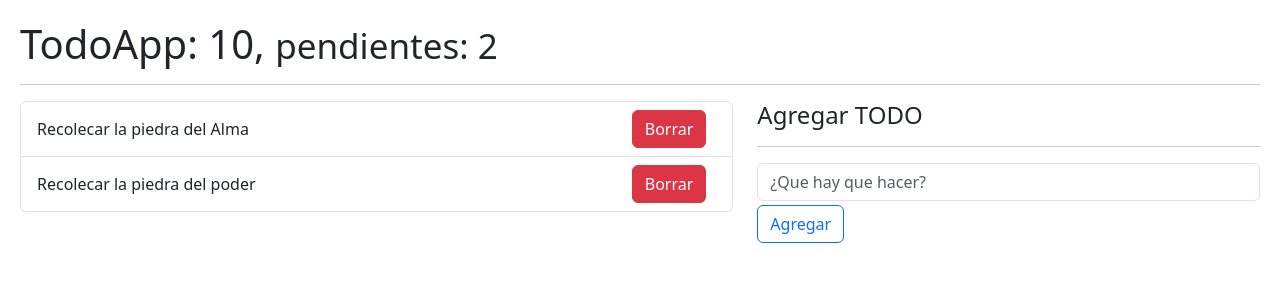
Repository: bryanesteban/hooks-App
Page: /
These files come from the project's save history. The page is drawn as it stood at one moment and after the next save; the edit follows.
The browser window is 1280 px wide. The pictures show the whole page.
The project was rebuilt for these pictures with package versions that can differ from the ones it lists, and the page was loaded fresh each time. Also part of the build but not shown: vite.config.js, src/HooksApp.jsx, src/01-useState/CounterApp.jsx, src/hooks/useCounter.jsx, src/01-useState/CounterWithCustomHook.jsx, src/02-useEffect/Message.jsx, src/02-useEffect/SimpleForm.jsx, src/hooks/useForm.js and 12 more.

Above is the page before, as saved 2024-08-16 15:56:17.

After the next save:
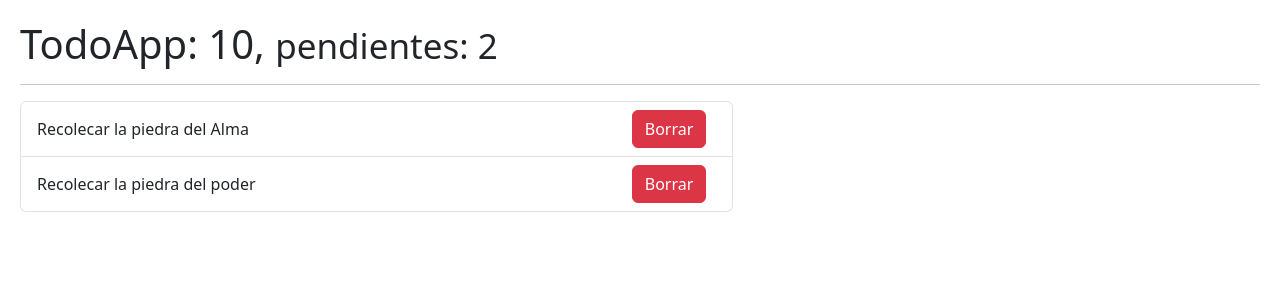
Saved 39 s later.
--- a/src/08-useReducer/TodoApp.jsx
+++ b/src/08-useReducer/TodoApp.jsx
@@ -30,20 +30,7 @@
                 <TodoList state={state}/>
             </div>
             <div className="col-5">
-                <h4>Agregar TODO</h4>
-                <hr/>
-                <form>
-                    <input
-                        type="text"
-                        placeholder="¿Que hay que hacer?"
-                        className="form-control"
-                    />
-                    <button
-                        type="submit"
-                        className="btn btn-outline-primary mt-1">
-                        Agregar
-                    </button>
-                </form>
+
             </div>
         </div>
 
